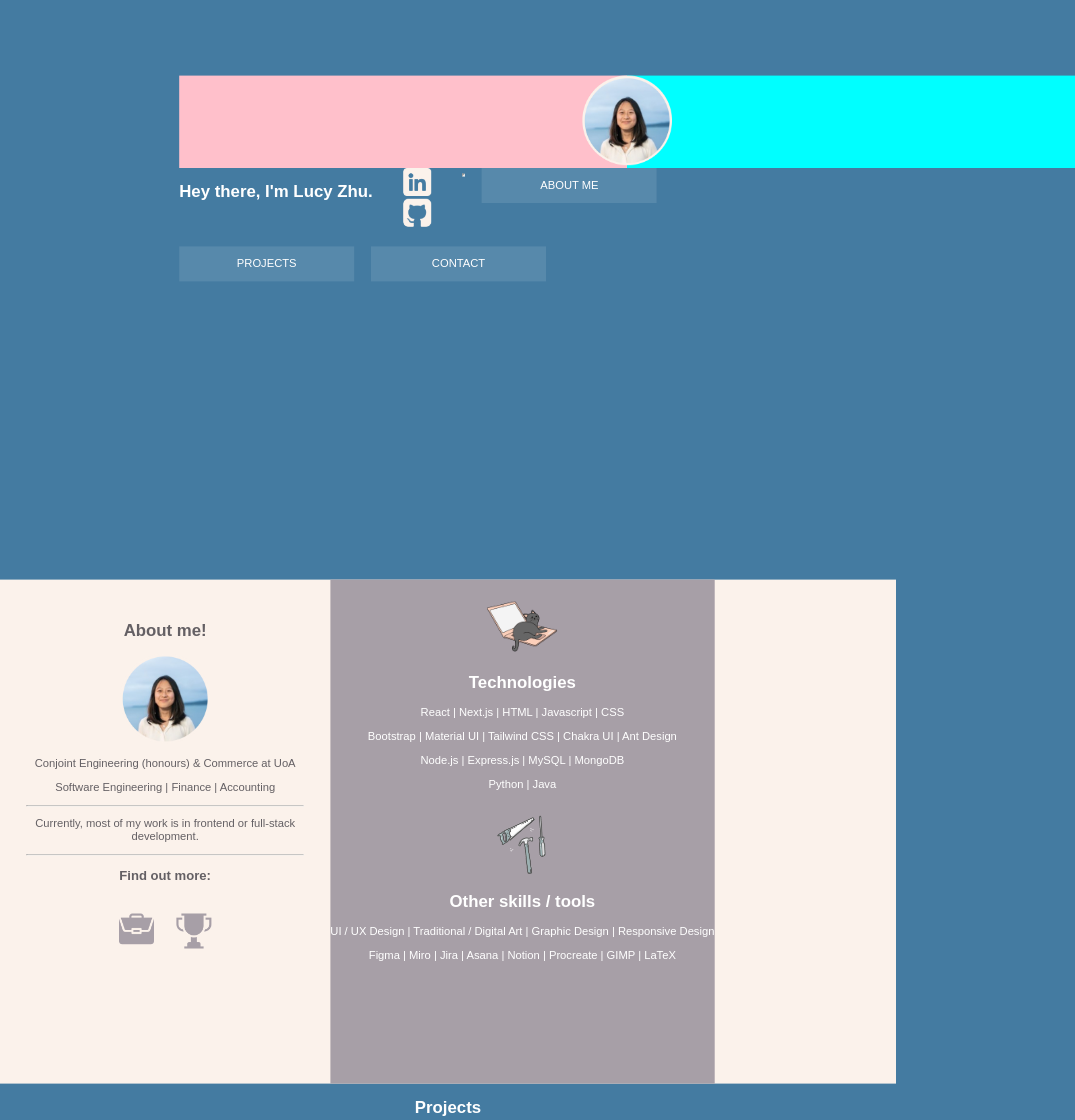
Repository: lukisoo/lukisoo-portfolio
Page: /
The author's editor kept a copy of each file at every save. The page is drawn from the files as they stood at one save, then again after the next save.
The browser window is 1280 px wide. The page is 1536 px wide, then 1280 px, so the pictures cover 1536 px, including what lies to the right of the window. The pictures show the part of the page from y = 0 to 1600 px (the page is 3028 px tall before and 2920 px after), at 70% of full size.
The project was rebuilt for these pictures with package versions that can differ from the ones it lists, and the page was loaded fresh each time.

Above is the page before, as saved 2022-07-31 08:12:37.

After the next save:
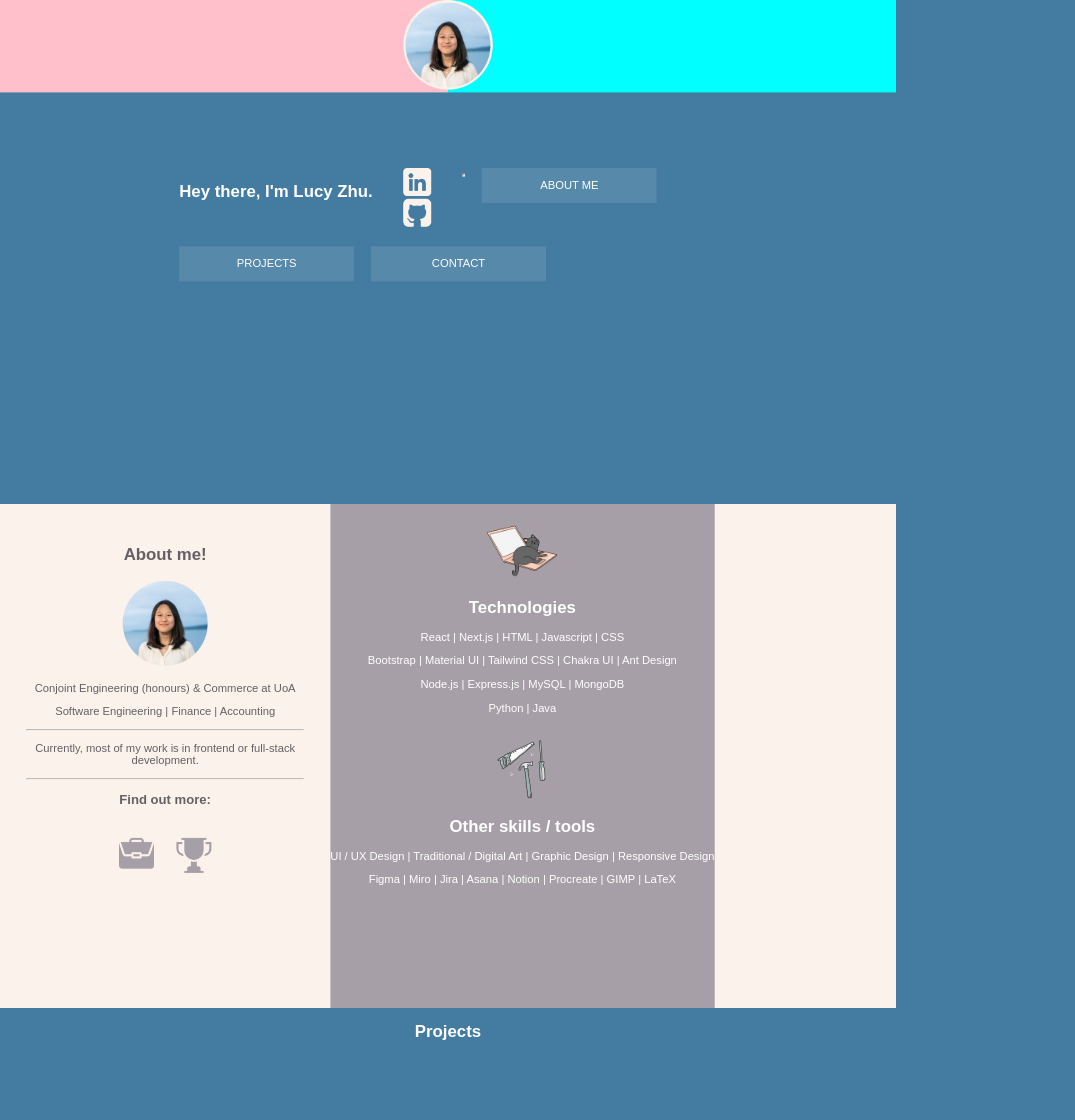
Saved 56 s later.
--- a/src/App.js
+++ b/src/App.js
@@ -16,14 +16,14 @@ function App() {
   return (
     <div className="App">
       <header className="full-section">
-        <div className="header-content">
-          <div className="header-image">
+      <div className="header-image">
             <img
               src={ProfilePhoto}
               className="profile-photo"
               alt="Profile Photo"
             />
           </div>
+        <div className="header-content">
           <Grid container spacing={3}>
             <Grid item xs={12} md={12}>
               <h2>Hey there, I'm Lucy Zhu.</h2>
